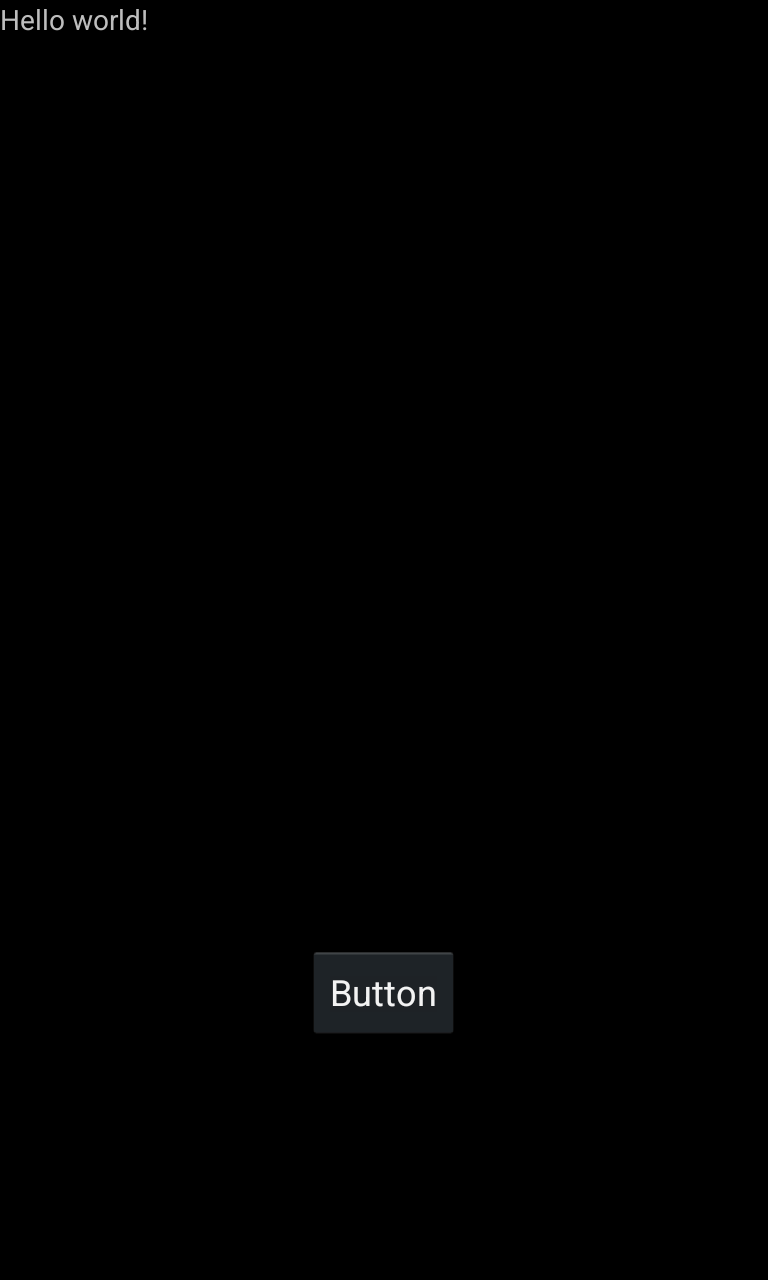
Repository: Adammdit/DT2283GUI
Layout: GunSmoke/res/layout/activity_receipt.xml
The author's editor kept a copy of each file at every save. The layout is drawn from the files as they stood at one save, then again after the next save.
It is drawn on a 768 x 1280 px phone screen (xhdpi) without system bars, with theme android:Theme.Holo; the app's code is not run.

Above is the layout before, as saved 2014-11-09 13:16:37.

After the next save:
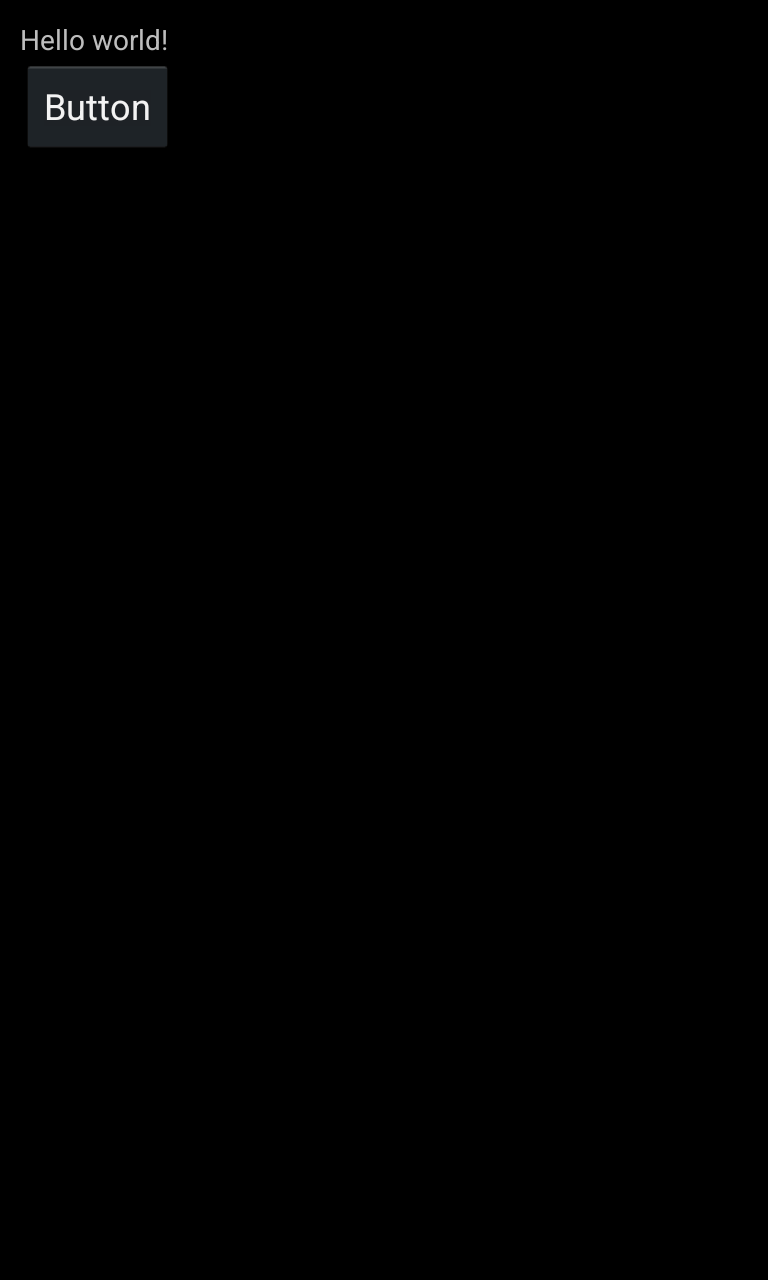
Saved 65 min 22 s later.
--- a/GunSmoke/res/layout/activity_receipt.xml
+++ b/GunSmoke/res/layout/activity_receipt.xml
@@ -1,8 +1,13 @@
-<RelativeLayout xmlns:android="http://schemas.android.com/apk/res/android"
+<LinearLayout xmlns:android="http://schemas.android.com/apk/res/android"
     xmlns:tools="http://schemas.android.com/tools"
+    android:id="@+id/LinearLayout1"
     android:layout_width="match_parent"
     android:layout_height="match_parent"
-    tools:context="${relativePackage}.${activityClass}" >
+    android:paddingBottom="10dp"
+    android:paddingLeft="10dp"
+    android:paddingRight="10dp"
+    android:paddingTop="10dp"
+    android:orientation="vertical" >
 
     <TextView
         android:id="@+id/receiptName"
@@ -19,4 +24,4 @@
         android:layout_marginBottom="120dp"
         android:text="Button" />
 
-</RelativeLayout>
+</LinearLayout>
